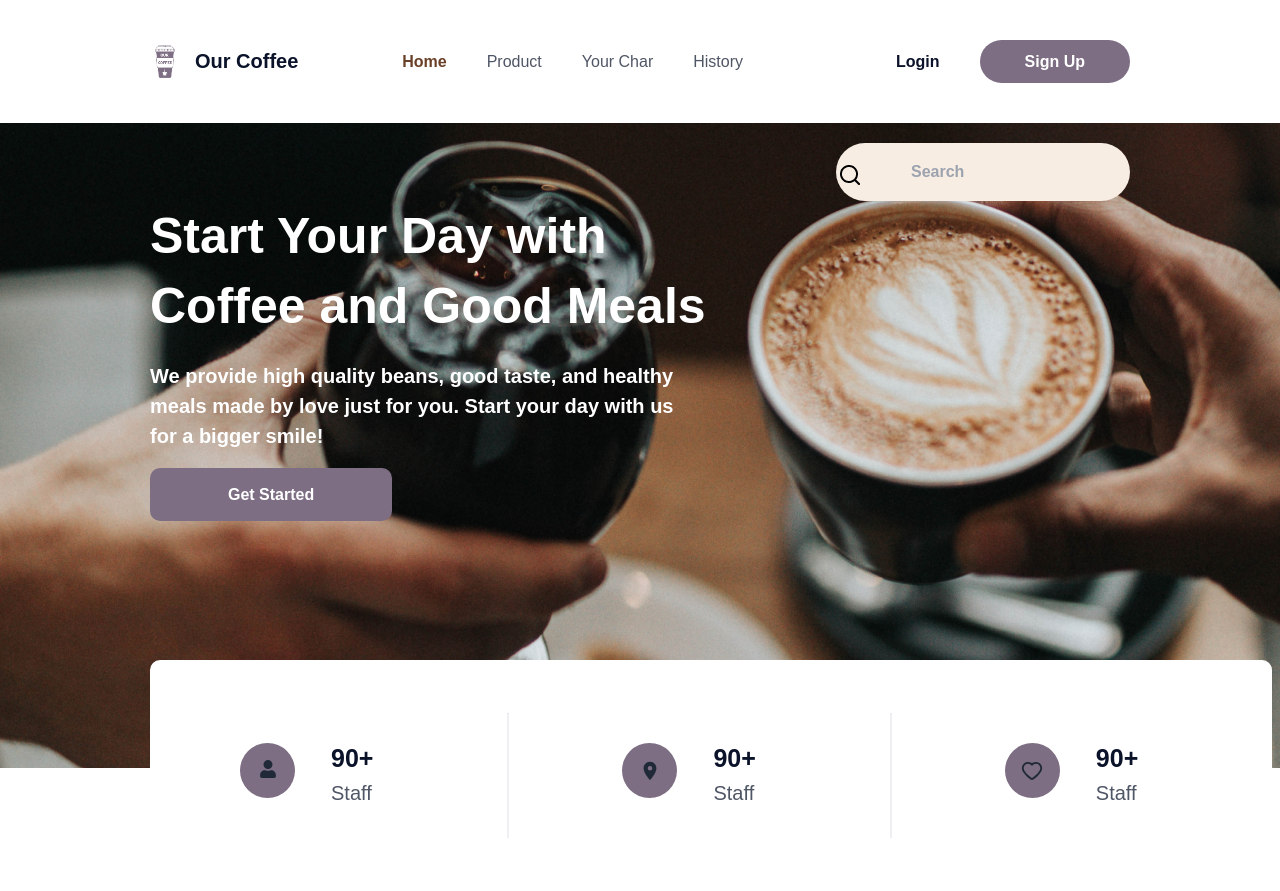
Repository: boykebn/fw12-collab2-FRONTEND
Page: / (app in our/)
The author's editor kept a copy of each file at every save. The page is drawn from the files as they stood at one save, then again after the next save.
The browser window is 1280 px wide. The pictures show the whole page.
The project was rebuilt for these pictures with package versions that can differ from the ones it lists, and the page was loaded fresh each time. The framework's server and built-in components were replaced by stand-ins that run in the browser. Also part of the build but not shown: our/next.config.js.

Above is the page before, as saved 2022-12-30 22:27:45.

After the next save:
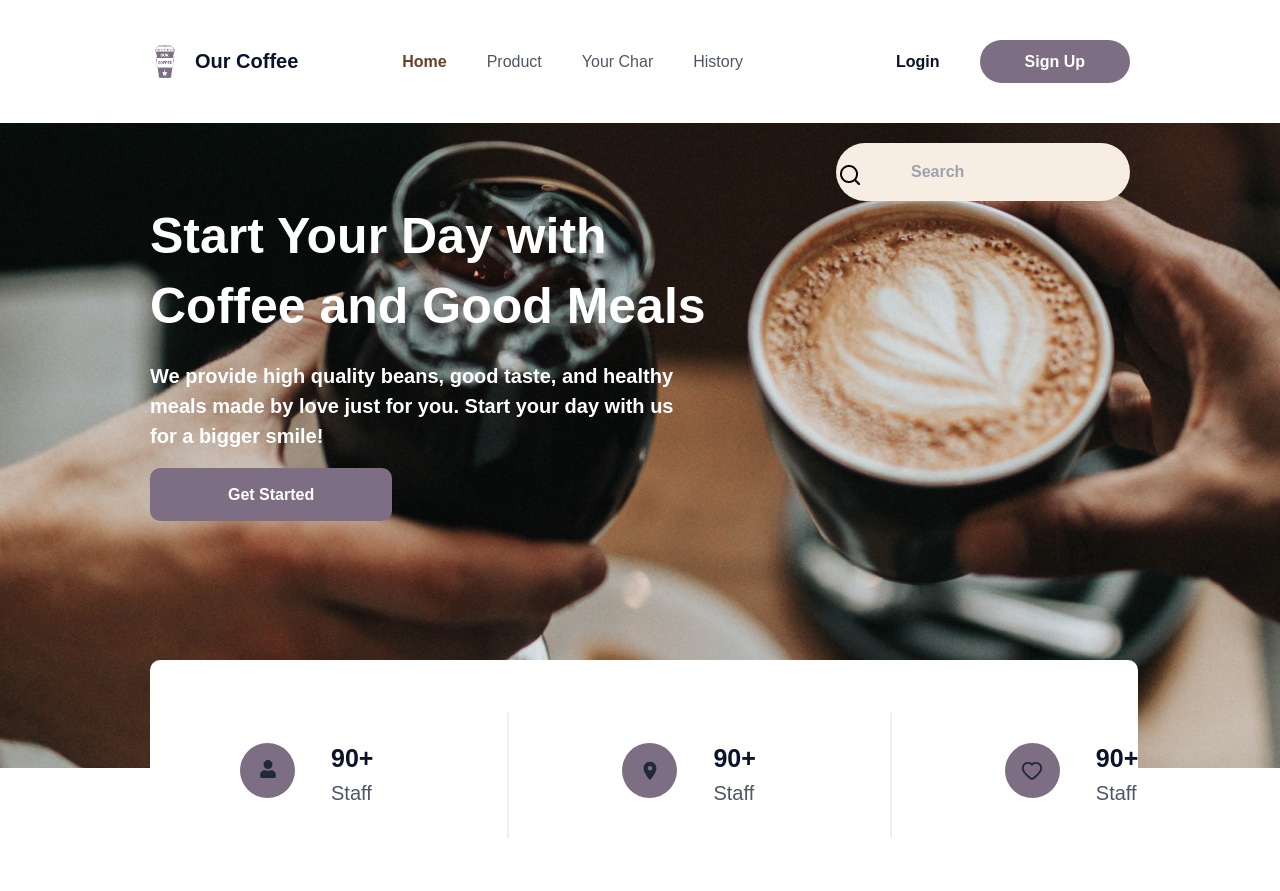
Saved 45 s later.
--- a/our/pages/index.js
+++ b/our/pages/index.js
@@ -73,7 +73,7 @@ export default function Home() {
             <AiOutlineHeart className="w-[24px] h-[28px] absolute left-[870px] top-[97px]" />
             <div className="border-1 bg-[#7d6e83] w-[55px] h-[55px] rounded-[50%] \"></div>
           </div>
-          <div className="mr-[134px]">
+          <div className="">
             <p className="text-[#0B132A] text-[25px] font-bold leading-[30px] mb-[5px]">90+</p>
             <p className="text-[#4F5665] text-[20px] leading-[30px]">Staff</p>
           </div>
